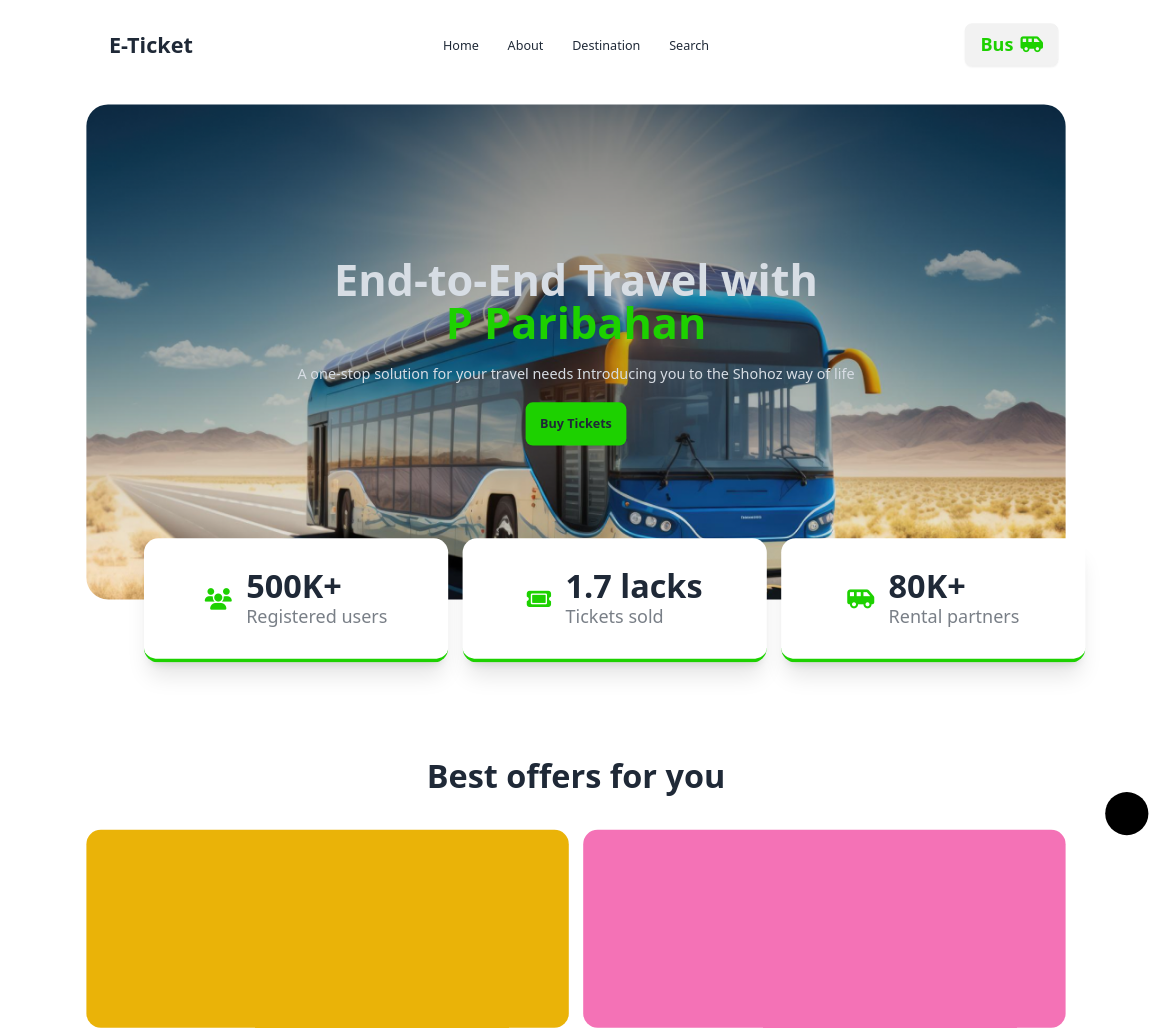
Repository: RudrasahaDibos/Smart-ticketing
Page: index.html
These files come from the project's save history. The page is drawn as it stood at one moment and after a run of saves; the edit follows.
The browser window is 1280 px wide. The pictures show the whole page, at 90% of full size.
Some web fonts or font styles are not loaded; a fallback is used. Some web libraries are served in a nearby version.

Above is the page before, as saved 2024-11-10 01:13:09.

After the next 4 saves:
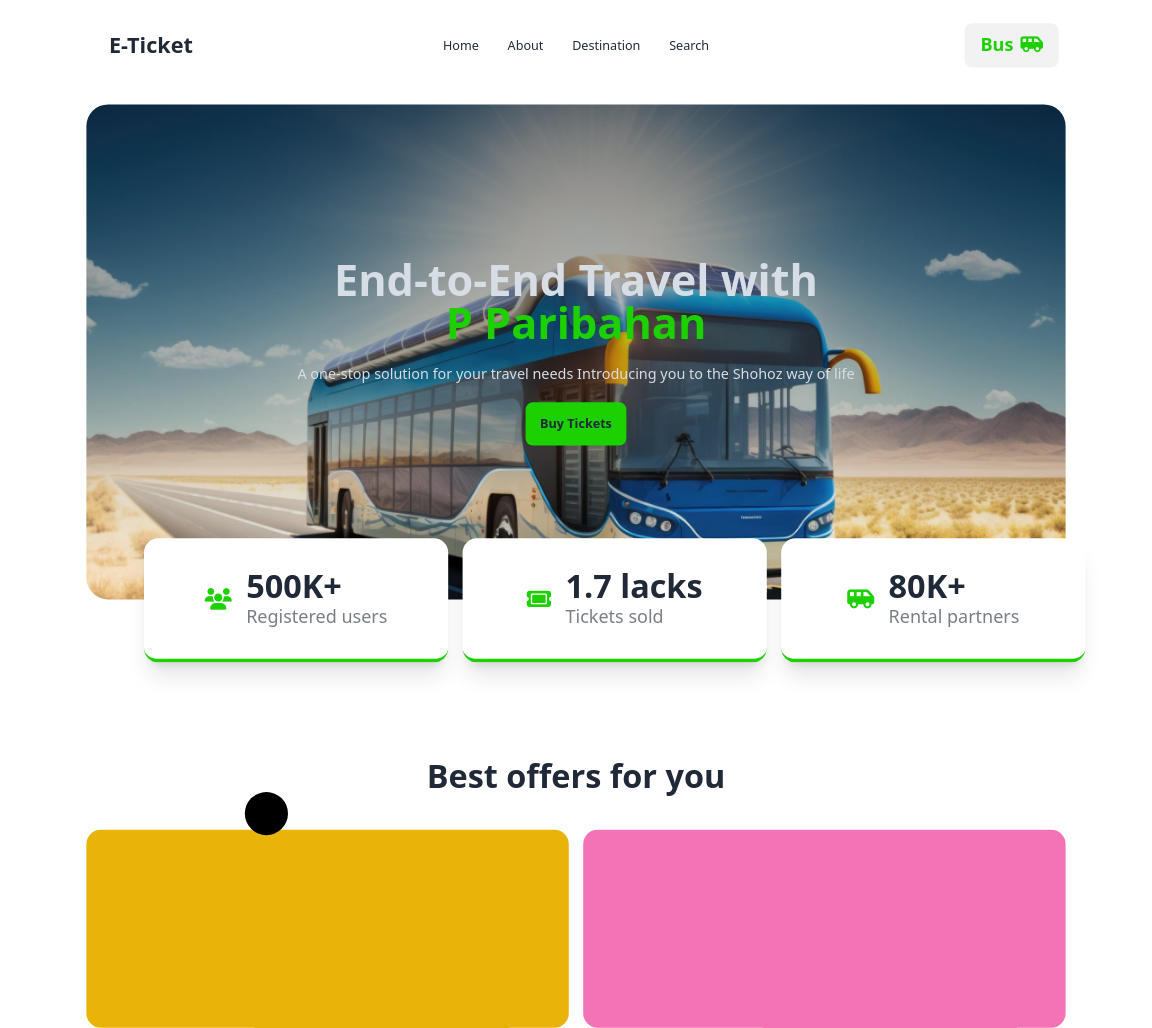
The 4 saves are shown as one change because they came seconds apart.
The last was saved 13 s later.
--- a/index.html
+++ b/index.html
@@ -156,7 +156,7 @@
 
                                 <div class="flex gap-4 mt-10">
                                     <div class="bg-yellow-500  w-[573px] h-[220px] rounded-2xl">
-                                               <p class="bg-black w-[48px] h-[48px] absolute mx-auto rounded-full  -bottom-52 right-1 "></p>
+                                               <p class="bg-black w-[48px] h-[48px] absolute mx-auto rounded-full  -bottom-52 ml-44 "></p>
                                     </div>
                                     <div class="bg-pink-400   w-[573px] h-[220px] rounded-2xl">
 
